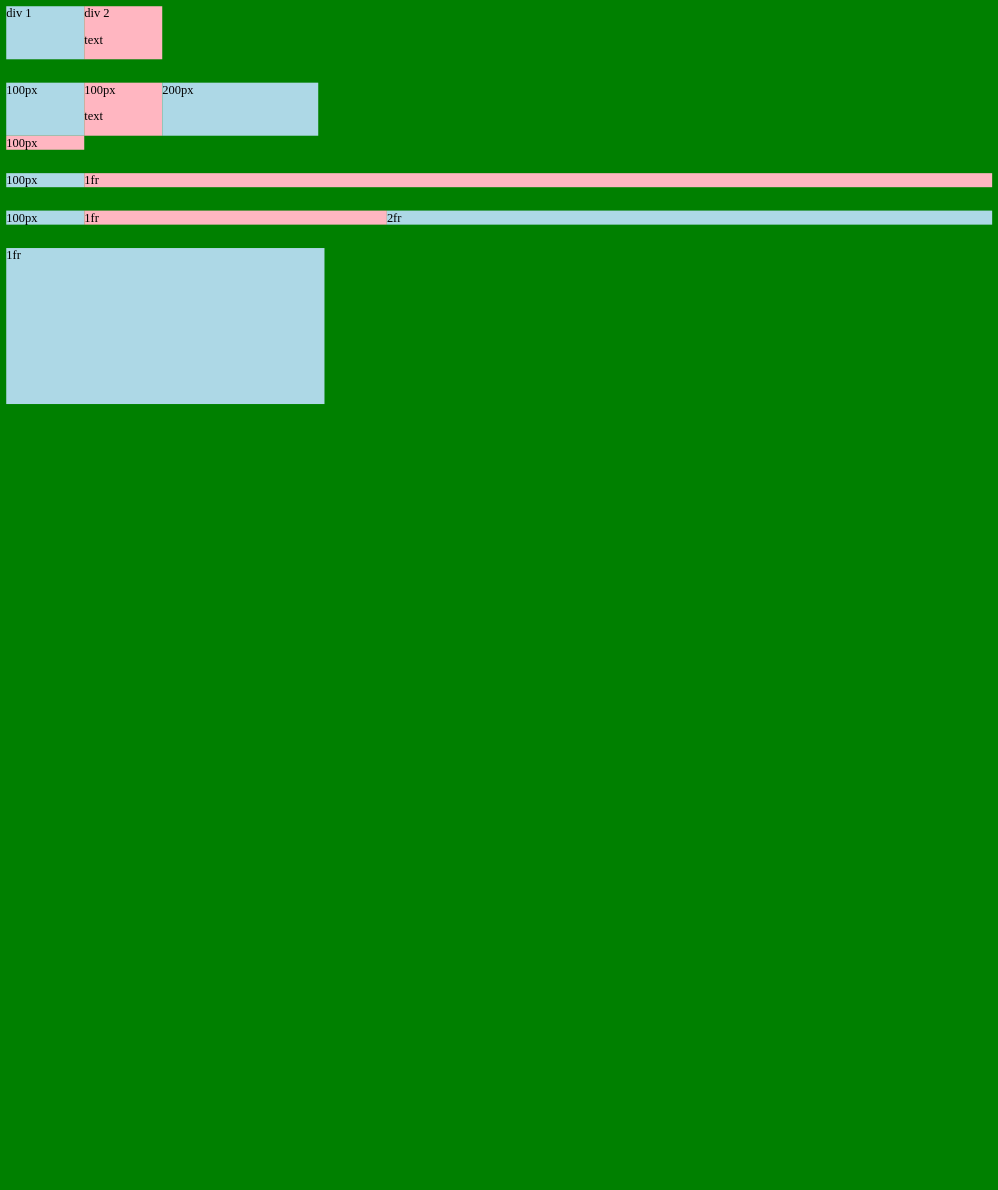
Repository: knowledgeAlan/html-css-eleven
Page: grid.html
An editor plug-in stored every save of this project. The page is shown before and after the next save, followed by the edit.
The browser window is 1280 px wide. The pictures show the whole page, at 78% of full size.

Above is the page before, as saved 2024-03-08 18:44:37.

### grid.html
<!DOCTYPE html>
<html>

    <head>
        <title>Grid Practice</title>
    </head>


    <body style="padding-bottom: 1000px;background-color: green;">
        <div style="display: grid; grid-template-columns: 100px 100px;">
                <div style="background-color: lightblue;"> div 1</div>
                <div style="background-color: lightpink;">div 2<p>text</p></div>
        </div>

        <div style="
        margin-top: 30px;
        display: grid;
        grid-template-columns: 100px 100px 200px;
        ">

        <div style="background-color: lightblue;">100px</div>
        <div style="background-color: lightpink;">100px<p>text</p></div>
        <div style="background-color: lightblue;">200px</div>
        <div style="background-color: lightpink;">100px</div>

        </div>

        <div style="
        margin-top: 30px;
        display: grid;
        grid-template-columns: 100px 1fr;
       ">

           <div style="background-color: lightblue;">100px</div>
           <div style="background-color: lightpink;">1fr</div>


       </div>


        <div style="
         margin-top: 30px;
         display: grid;
         grid-template-columns: 100px 1fr 2fr;
        ">

            <div style="background-color: lightblue;">100px</div>
            <div style="background-color: lightpink;">1fr</div>
            <div style="background-color: lightblue;">2fr</div>

        </div>



        <div style="
            margin-top: 30px;
            display: grid;
            grid-template-columns: 1fr 1fr 1fr;
            column-gap: 20px;
            row-gap: 40px;
        ">

            <div style="background-color: lightblue; height: 200px;">1fr</div>

        </div>

    </body>
</html>

After the next save:
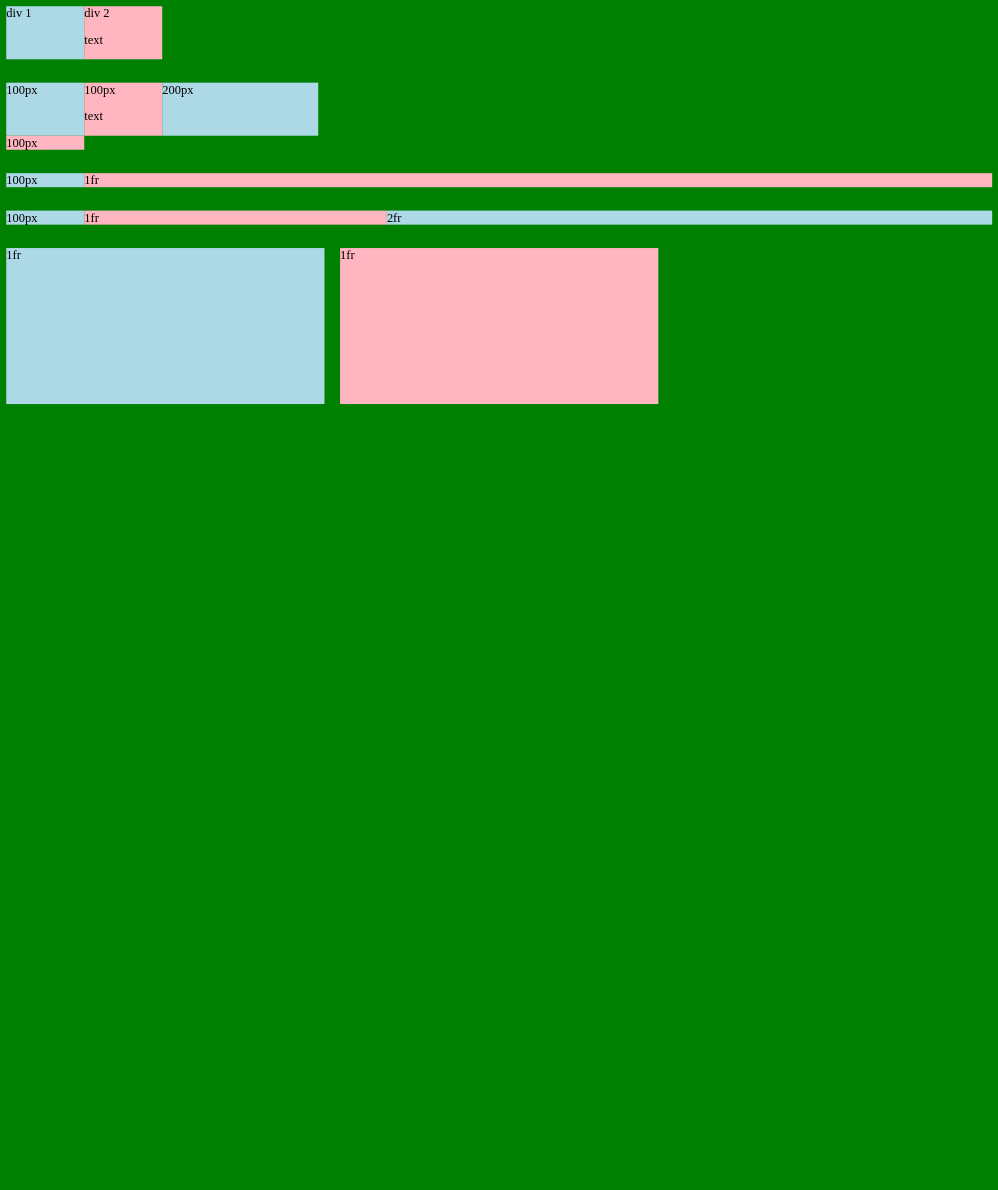
Saved 29 s later.
--- a/grid.html
+++ b/grid.html
@@ -61,6 +61,7 @@
         ">
 
             <div style="background-color: lightblue; height: 200px;">1fr</div>
+            <div style="background-color: lightpink; height: 200px;">1fr</div>
 
         </div>
 
